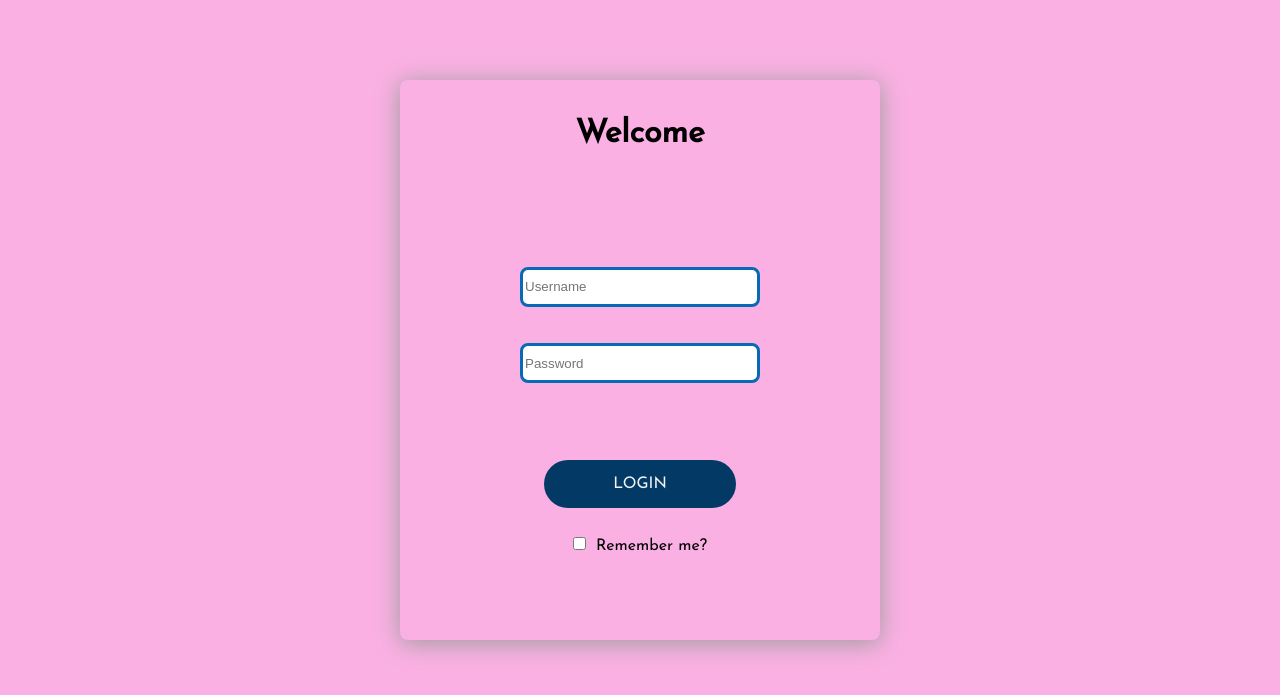
Repository: Tahaa2t/Researchers
Page: /
The author's editor kept a copy of each file at every save. The page is drawn from the files as they stood at one save, then again after the next save.
The browser window is 1280 px wide. The pictures show the whole page.
The project was rebuilt for these pictures with package versions that can differ from the ones it lists, and the page was loaded fresh each time.

Above is the page before, as saved 2023-06-22 00:52:19.

After the next save:
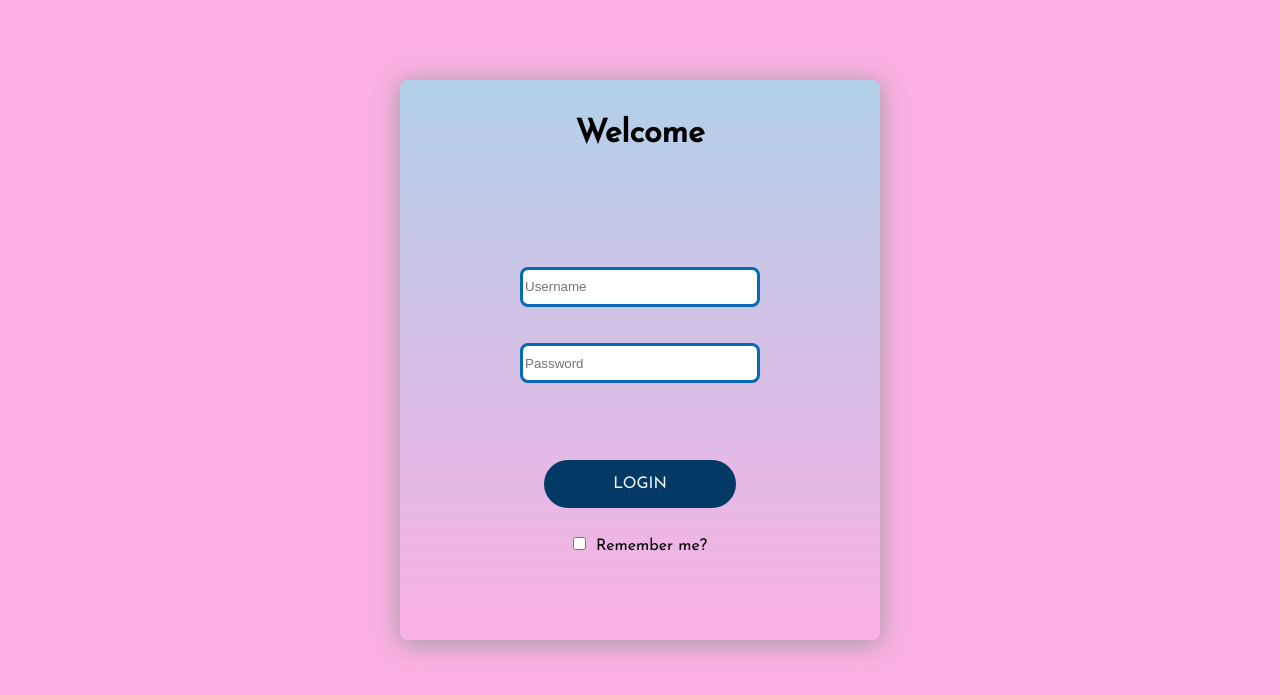
Saved 28 s later.
--- a/src/Components/css/loginstyle.css
+++ b/src/Components/css/loginstyle.css
@@ -27,7 +27,7 @@ display: flex;
 }
 
 .cover {
-  background-image: linear-gradient(to down, rgb(178, 209, 233), rgb(250, 176, 227));
+  background-image: linear-gradient(rgb(178, 209, 233), rgb(250, 176, 227));
   width: 30em;
   height: 35em;
   position: relative;
